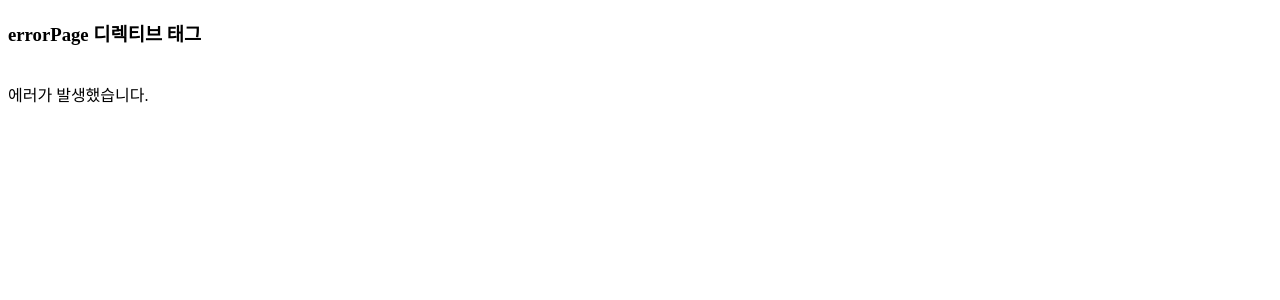
Repository: CheolHo-0428/JSP-Web-Programming
Page: http://localhost/JSPBook/ch03/page_errorPage.jsp
An editor plug-in stored every save of this project. The page is shown before and after the next save, followed by the edit.
The browser window is 1280 px wide. The pictures show the whole page.
The page is served by Tomcat 9.

Above is the page before, as saved 2021-05-08 05:43:30.

After the next save:
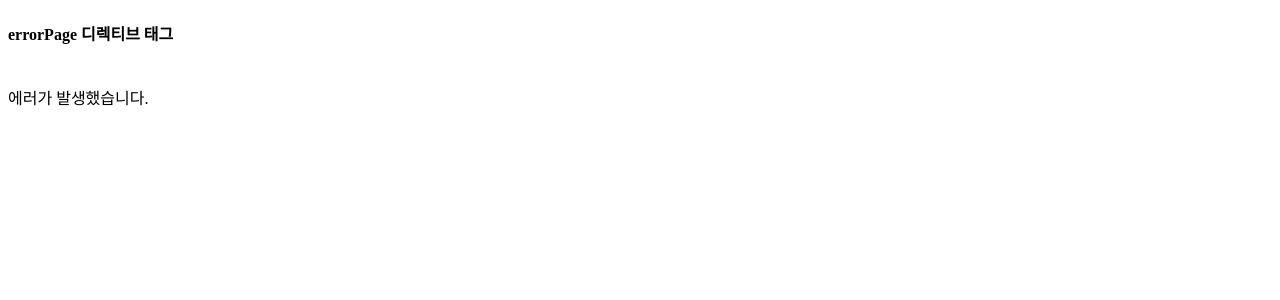
Saved 19 s later.
--- a/JSPBook/src/main/webapp/ch03/page_errorPage_error.jsp
+++ b/JSPBook/src/main/webapp/ch03/page_errorPage_error.jsp
@@ -7,7 +7,7 @@
 <title>Insert title here</title>
 </head>
 <body>
-	<h3>errorPage 디렉티브 태그</h3><br>
+	<h4>errorPage 디렉티브 태그</h4><br>
 	에러가 발생했습니다.
 </body>
 </html>
